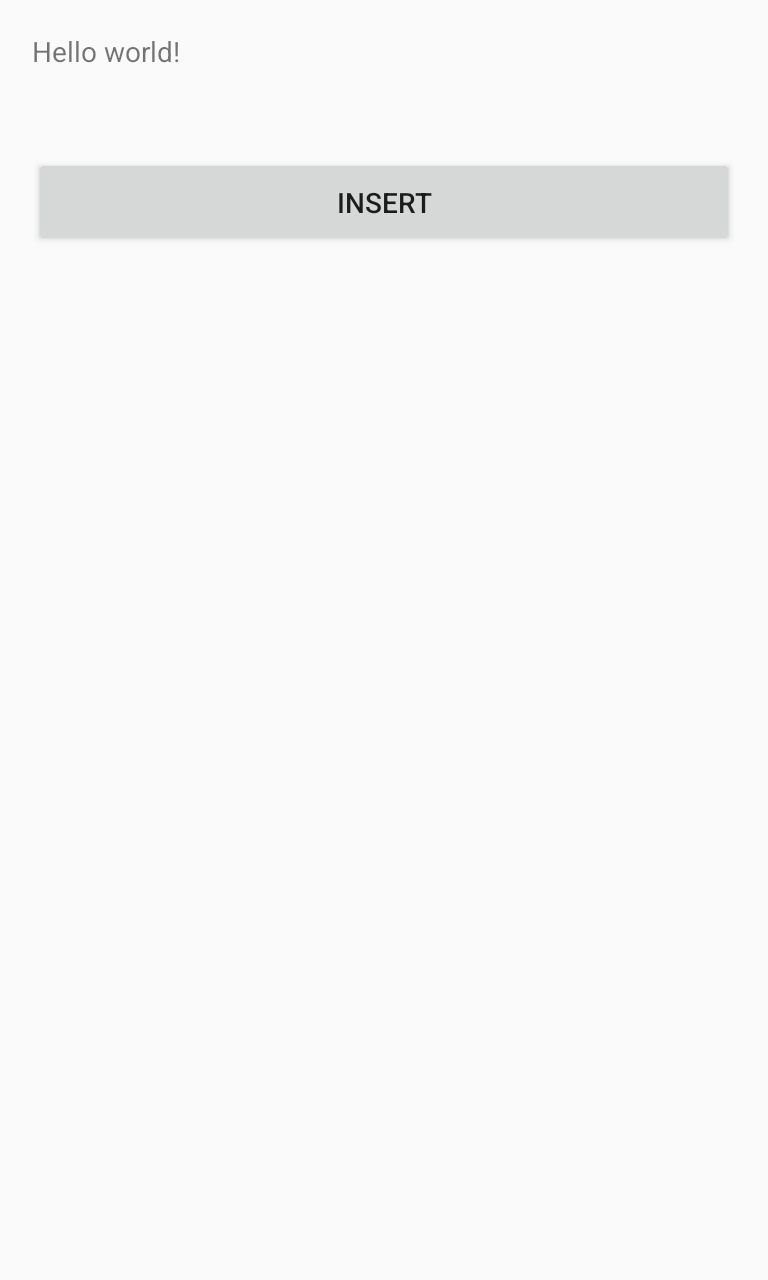
Repository: Android55410599/PROFILE
Layout: SQLite_599/res/layout/activity_main.xml
These files come from the project's save history. The layout is drawn as it stood at one moment and after the next save; the edit follows.
It is drawn on a 768 x 1280 px phone screen (xhdpi) without system bars, with theme AppTheme; the app's code is not run.

Above is the layout before, as saved 2014-09-10 04:39:48.

### SQLite_599/res/layout/activity_main.xml
<RelativeLayout xmlns:android="http://schemas.android.com/apk/res/android"
    xmlns:tools="http://schemas.android.com/tools"
    android:layout_width="match_parent"
    android:layout_height="match_parent"
    android:paddingBottom="@dimen/activity_vertical_margin"
    android:paddingLeft="@dimen/activity_horizontal_margin"
    android:paddingRight="@dimen/activity_horizontal_margin"
    android:paddingTop="@dimen/activity_vertical_margin"
    tools:context="app.buusk15.sqlite_599.MainActivity" >

    <TextView
        android:id="@+id/textView1"
        android:layout_width="wrap_content"
        android:layout_height="wrap_content"
        android:text="@string/hello_world" />

    <Button
        android:id="@+id/btn_insert"
        android:layout_width="match_parent"
        android:layout_height="wrap_content"
        android:layout_below="@+id/textView1"
        android:layout_centerHorizontal="true"
        android:layout_marginTop="42dp"
        android:text="Insert" />

</RelativeLayout>

### SQLite_599/res/values/strings.xml
<?xml version="1.0" encoding="utf-8"?>
<resources>

    <string name="app_name">SQLite_599</string>
    <string name="hello_world">Hello world!</string>
    <string name="action_settings">Settings</string>

</resources>

Loaded but not shown: SQLite_599/res/values/styles.xml (common file); SQLite_599/res/values-v11/styles.xml (common file); SQLite_599/res/values-v14/styles.xml (common file); SQLite_599/res/values/dimens.xml (common file); SQLite_599/res/values-w820dp/dimens.xml (common file)

After the next save:
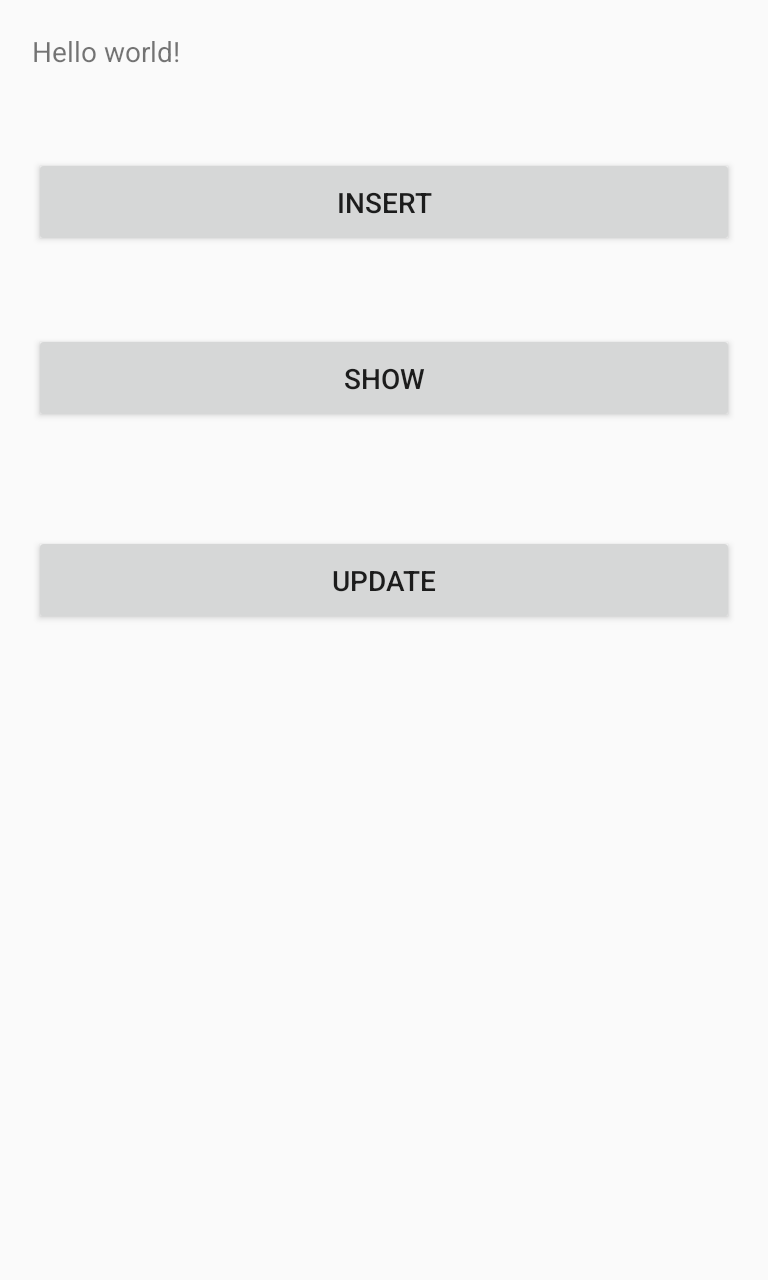
Saved 2 min 31 s later.
--- a/SQLite_599/res/layout/activity_main.xml
+++ b/SQLite_599/res/layout/activity_main.xml
@@ -23,4 +23,22 @@
         android:layout_marginTop="42dp"
         android:text="Insert" />
 
+    <Button
+        android:id="@+id/button1"
+        android:layout_width="match_parent"
+        android:layout_height="wrap_content"
+        android:layout_below="@+id/btn_insert"
+        android:layout_centerHorizontal="true"
+        android:layout_marginTop="40dp"
+        android:text="Show" />
+
+    <Button
+        android:id="@+id/button2"
+        android:layout_width="match_parent"
+        android:layout_height="wrap_content"
+        android:layout_alignRight="@+id/button1"
+        android:layout_below="@+id/button1"
+        android:layout_marginTop="53dp"
+        android:text="Update" />
+
 </RelativeLayout>
